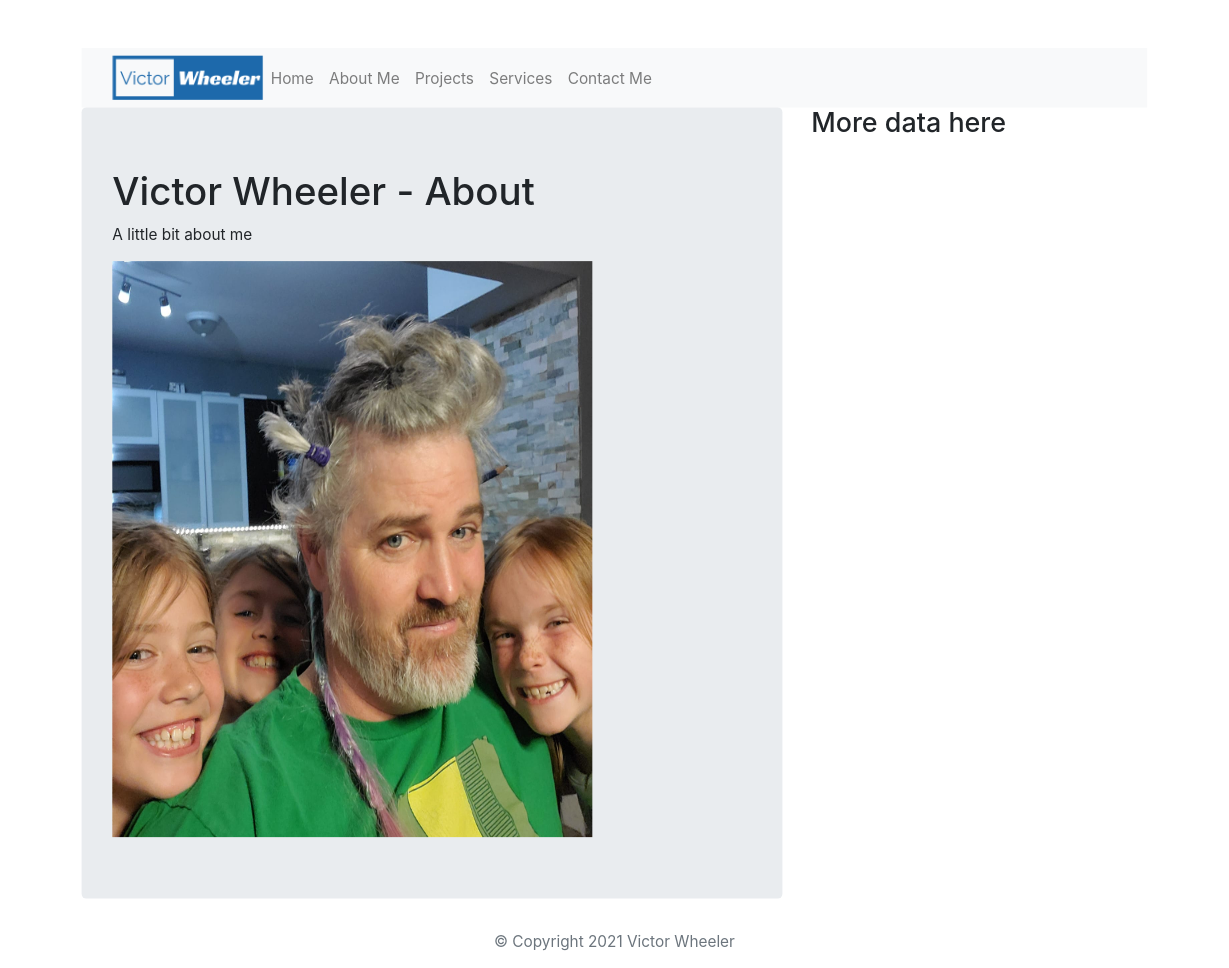
Repository: VictorWheeler/COMP_229_301167760
Page: http://localhost/about
An editor plug-in stored every save of this project. The page is shown before and after the next save, followed by the edit.
The browser window is 1280 px wide. The pictures show the whole page, at 96% of full size.
The page is served by the project's Node server (server.js).

Above is the page before, as saved 2021-09-30 09:51:31.

After the next save:
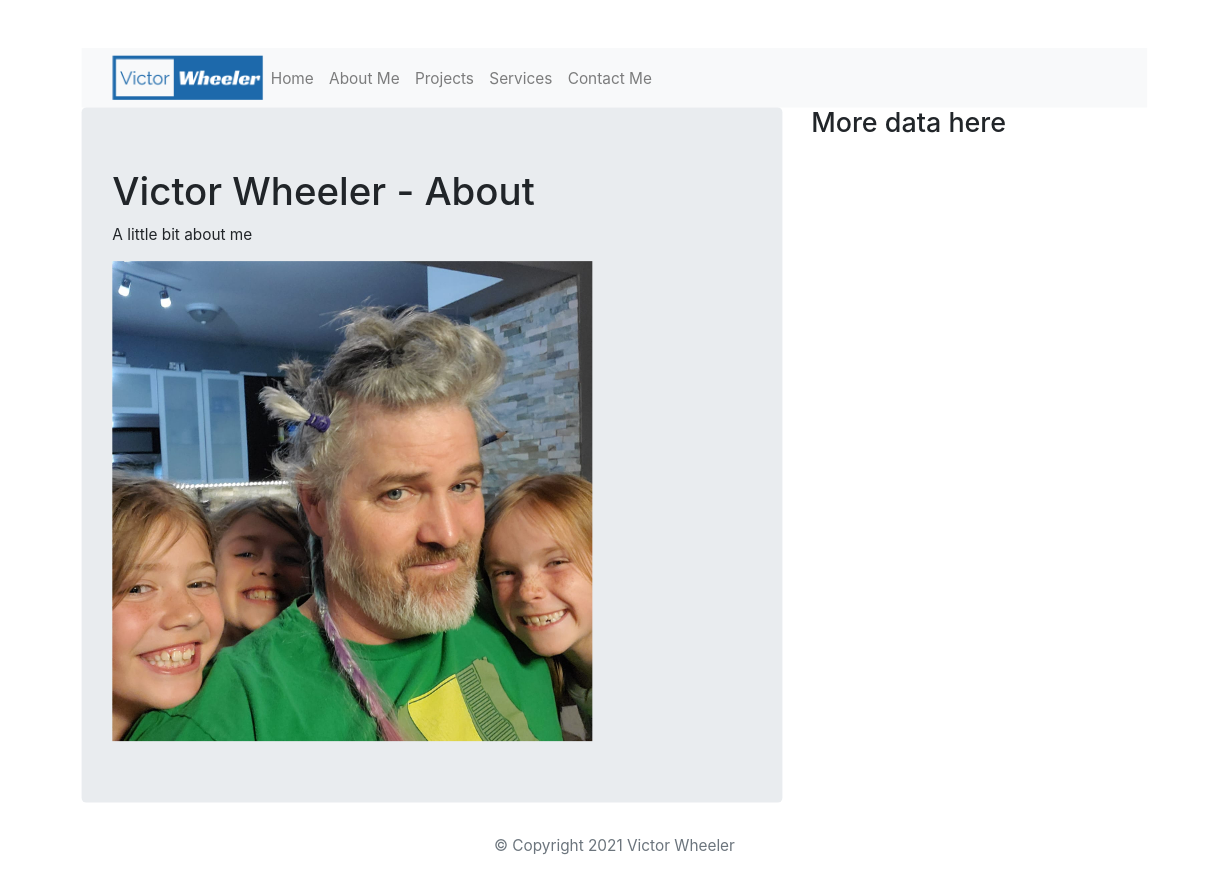
Saved 20 s later.
--- a/Express-Portfolio-Site/views/pages/about.ejs
+++ b/Express-Portfolio-Site/views/pages/about.ejs
@@ -15,7 +15,7 @@
     <div class="jumbotron">
       <h1>Victor Wheeler - About</h1>
       <p>A little bit about me</p>
-      <img src="/images/aboutme.jpg" alt="Victor Wheeler" width="500" height="600">
+      <img src="/images/aboutme.jpg" alt="Victor Wheeler" width="500" height="500">
     </div>
   </div>
 
